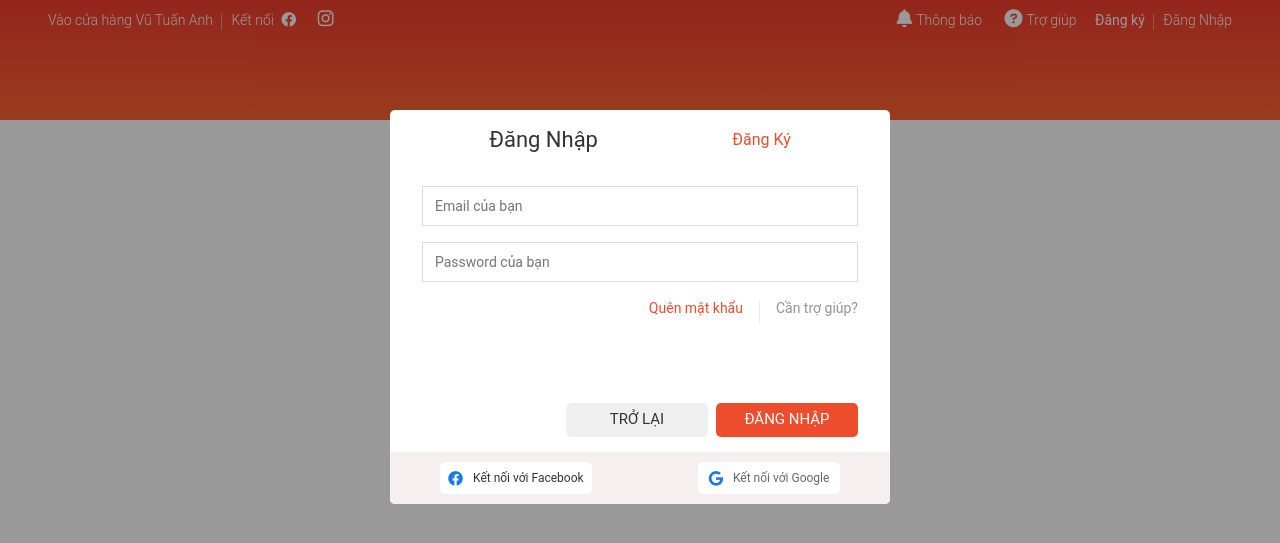
Repository: VuTuanAnh0949/Shopee
Page: index.html
The author's editor kept a copy of each file at every save. The page is drawn from the files as they stood at one save, then again after the next save.
The browser window is 1280 px wide. The pictures show the whole page.

Above is the page before, as saved 2022-02-16 16:22:28.

### index.html
<!DOCTYPE html>
<html lang="en">

<head>
    <meta charset="UTF-8" />
    <meta http-equiv="X-UA-Compatible" content="IE=edge" />
    <meta name="viewport" content="width=device-width, initial-scale=1.0" />
    <title>Shopee</title>
    <link rel="stylesheet" href="https://cdnjs.cloudflare.com/ajax/libs/normalize/8.0.1/normalize.min.css" />
    <link rel="stylesheet" href="./assets/css/base.css" />
    <link rel="stylesheet" href="./assets/css/main.css" />
    <link rel="stylesheet" href="./assets/fonts/fontawesome-free-6.0.0-web/css/all.min.css">
    <link rel="stylesheet" href="https://fonts.googleapis.com/css?family-Roboto:300, 400, 500,78
0&display=swap&subset=vietnamese" rel="stylesheet" />

</head>

<body>
    <!-- Block Element Modifier -->
    <div class="app">
        <header class="header">
            <div class="grid">
                <nav class="header__navbar">
                    <ul class="header__navbar-list">
                        <li class="header__navbar-item header__navbar-item--has-qr header__navbar-item--separate">Vào cửa hàng Vũ Tuấn Anh
                            <div class="header__qr">
                                <img src="./assets/img/QR_code.png" alt="QR Code" class="header__qr-img">
                                <div class="header__qr-apps">
                                    <a href="" class="header__qr-link"><img src="./assets/img/Google_Play.png" alt="Google Play" class="header__qr-dowload-img">
                                    </a>
                                    <img src="./assets/img/App_store.png" alt="App Store" class="header__qr-dowload-img">
                                </div>
                            </div>
                        </li>
                        <li class="header__navbar-item">
                            <span class="header__navbar-title--no-pointer">Kết nối</span>
                            <a href="" class="header__navbar-icon-link"><i class="header__navbar-icon fa-brands fa-facebook"></i></a>
                            <a href="" class="header__navbar-icon-link"><i class="header__navbar-icon fa-brands fa-instagram"></i></a>
                        </li>
                    </ul>

                    <ul class="header__navbar-list">
                        <li class="header__navbar-item header__navbar-item--has-notification">
                            <a href="" class="header__navbar-item-link"><i class="header__navbar-icon fa-solid fa-bell"></i>Thông báo</a>
                            <div class="header__notification">
                                <header class="header__notification-header">
                                    <h3>Thông báo mới nhận</h3>
                                </header>
                                <ul class="header__notification-list">
                                    <li class="header__notification-item header__notification-viewed">
                                        <a href="" class="header__notification-link">
                                            <img src="https://cf.shopee.vn/file/a2344384834f0903b232953bf8e1d283_tn" alt="" class="header__notification-img">
                                            <div class="header__notification-info">
                                                <span class="header__notification-name">Bàn Phím cơ chính hãng K400-Đen</span>
                                                <span class="header__notification-descriotion">Bàn phím cơ máy tính gaming K550 Pro full Led 7 chế độ hiệu ứng là mẫu bàn phím phù hợp cho văn phòng và game thủ</span>
                                            </div>
                                        </a>
                                    </li>
                                    <li class="header__notification-item">
                                        <a href="" class="header__notification-link">
                                            <img src="https://cf.shopee.vn/file/fbd0d6cd59ae0c260cbdd8d2bdccbe06_tn" alt="" class="header__notification-img">
                                            <div class="header__notification-info">
                                                <span class="header__notification-name">Bàn phím cơ chính hãng K400-Trắng xanh 1</span>
                                                <span class="header__notification-descriotion">Bàn phím cơ máy tính gaming K550 Pro full Led 7 chế độ hiệu ứng là mẫu bàn phím phù hợp cho văn phòng và game thủ</span>
                                            </div>
                                        </a>
                                    </li>
                                    <li class="header__notification-item ">
                                        <a href="" class="header__notification-link">
                                            <img src="https://cf.shopee.vn/file/26989c24e549299dcfb324055082c553" alt="" class="header__notification-img">
                                            <div class="header__notification-info">
                                                <span class="header__notification-name">Bàn phím cơ chính hãng K400-Trắng xanh 2</span>
                                                <span class="header__notification-descriotion">>Bàn phím cơ máy tính gaming K550 Pro full Led 7 chế độ hiệu ứng là mẫu bàn phím phù hợp cho văn phòng và game thủ</span>
                                            </div>
                                        </a>
                                    </li>
                                </ul>
                                <div class="footer header__notification-footer">
                                    <a href="" class="header__notification-footer-btn">Xem tất cả</a>


                                </div>
                            </div>
                        </li>
                        <li class="header__navbar-item">
                            <a href="" class="header__navbar-item-link"><i class="header__navbar-icon fa-solid fa-circle-question"></i>Trợ giúp</a>
                        </li>
                        <li class="header__navbar-item header__navbar-item--strong header__navbar-item--separate">Đăng ký</li>
                        <li class="header__navbar-item header__navbar-ite--strong"> Đăng Nhập</li>
                    </ul>
                </nav>
            </div>
        </header>
        <div class="container">

        </div>
        <footer class="footer">

        </footer>
    </div>
    <!-- Modal layout -->
    <div class="modal">
        <div class="modal__overlay"></div>

        <div class="modal__body">

            <!-- Register form -->
          <!--   <div class="auth-form">
                <div class="auth-form__container">
                    <div class="auth-form__container"></div>
                    <div class="auth-form__header">
                        <h3 class="auth-form__heading">Đăng ký</h3>
                        <span class="auth-form__switch-btn">Đăng nhập</span>
                    </div>
                    <div class="auth-form__form">
                        <div class="auth-form__group">
                            <input type="text" class="auth-form__input" placeholder="Email của bạn">
                        </div>
                        <div class="auth-form__group">
                            <input type="password" class="auth-form__input" placeholder="Password của bạn">
                        </div>
                        <div class="auth-form__group">
                            <input type="password" class="auth-form__input" placeholder="Nhập lại mật khẩu ">
                        </div>
                    </div>
                    <div class="auth-form__aside">
                        <p class="auth-form__policy-text">
                            Bằng việc đăng kí, bạn đã đồng ý với VTA-Shop về
                            <a href="" class="auth-form__text-link">Điều khoản dịch vụ</a> &
                            <a href="" class="auth-form__text-link">Chính sách bảo mật</a>
                        </p>
                    </div>
                    <div class="auth-form__controls">
                        <button class="btn btn--normal auth-form__controls-back ">TRỞ LẠI</button>
                        <button class="btn btn--primary">ĐĂNG KÝ</button>
                    </div>
                </div>
                <div class="auth-form__socials--facebook">
                    <a href="" class="btn btn--size-s btn--with-icon">
                        <i class="auth-form__socials-icon fa-brands fa-facebook"></i>
                        <span class="auth-form__socials-title">
                            Kết nối với Facebook
                        </span>
                    </a>

                    <a href="" class="auth-form__socials--google btn btn--size-s btn--with-icon">
                        <i class="auth-form__socials-icon fa-brands fa-google"></i>
                        <span class="auth-form__socials-title">
                            Kết nối với Google
                        </span>
                    </a>
                </div>
            </div> -->
<!-- Login form -->
<div class="auth-form">
    <div class="auth-form__container">
        <div class="auth-form__container"></div>
        <div class="auth-form__header">
            <h3 class="auth-form__heading">Đăng Nhập</h3>
            <span class="auth-form__switch-btn">Đăng Ký</span>
        </div>
        <div class="auth-form__form">
            <div class="auth-form__group">
                <input type="text" class="auth-form__input" placeholder="Email của bạn">
            </div>
            <div class="auth-form__group">
                <input type="password" class="auth-form__input" placeholder="Password của bạn">
            </div>

        </div>
        <div class="auth-form__aside">
           <div class="auth-form__help">
               <a href="" class="auth-form__help-link auth-form__help-forgot">Quên mật khẩu</a>
               <span class="auth-form__help-separate">

               </span>
               <a href="" class="auth-form__help-link">Cần trợ giúp? </a>
           </div>
        </div>
        <div class="auth-form__controls">
            <button class="btn btn--normal auth-form__controls-back ">TRỞ LẠI</button>
            <button class="btn btn--primary">ĐĂNG NHẬP</button>
        </div>
    </div>
    <div class="auth-form__socials--facebook">
        <a href="" class="btn btn--size-s btn--with-icon">
            <i class="auth-form__socials-icon fa-brands fa-facebook"></i>
            <span class="auth-form__socials-title">
                Kết nối với Facebook
            </span>
        </a>

        <a href="" class="auth-form__socials--google btn btn--size-s btn--with-icon">
            <i class="auth-form__socials-icon fa-brands fa-google"></i>
            <span class="auth-form__socials-title">
                Kết nối với Google
            </span>
        </a>
    </div>
</div>
        </div>
    </div>
</body>

</html>

### assets/css/base.css
:root {
  --primary-color:#EE4D2D;
  --white-color: #fff;
  --black-color: #000;
  --text-color: #333;
  --border-color:#dbdbdb;
}
* {
  box-sizing: inherit;
}
html {
  font-size: 62.5%;
  line-height: 1.6rem;
  font-family: "Roboto", sans-serif;
  box-sizing: border-box;
}
.grid {
  width: 1200px;
  max-width: 100%;
  margin: 0 auto;
}
.grid__full-width {
  width: 100%;
}
.grid__row {
  display: flex;
  flex-wrap: wrap;
}
/* Animation */
@keyframes fadeIn{
  from{
    opacity: 0;
  }to{
    opacity: 1;
  }
}
/* Modal */
.modal{
  position: fixed;
  top: 0;
  right: 0;
  bottom: 0;
  left: 0;
  display: flex;
}
.modal__overlay{
  position: absolute;
  width: 100%;
  height: 100%;
  background-color: rgba(0,0,0,0.4);
}
.modal__body{
  width: 500px;
  height: 500px;
  margin: auto;
  position: relative;
  z-index: 1;  /* để cho modal nổi lên */
}
/* Button style */
.btn{
  min-width: 142px;
  height: 34px;
  text-decoration: none;
  border:none ;
  border-radius: 5px;
  font-size: 1.5rem;
  padding:0 12px;
  outline: none;
  cursor: pointer;
  color: var(--text-color);
  align-items: center;
 justify-content: center;
}
.btn.btn--normal:hover{
  background-color: rgba(0,0,0,0.05);
}
.btn.btn--size-s{
  height: 32px;
  font-size: 12px;
  padding:0 8px;
}
/* .. dùng để css 1 element có 2 class */
.btn.btn--primary{
  color: var(--white-color);
  background-color: var(--primary-color);
  }
.btn.btn-disabled{
  color: #949494;
  cursor: default;
  background-color: #c3c3c3;
}

### assets/css/main.css
.header{
height: 120px;
background-image:linear-gradient(0, #fe6433, #f53e2d) ;
}
.header__navbar{
  display: flex;
  justify-content: space-between;
}
.header__navbar-list{
list-style: none;
padding-left: 0;
margin-top: 9px;
}
.header__navbar-item{
  margin: 0 8px;
  position: relative;
  min-height: 26px;
}
.header__navbar-item--has-qr:hover .header__qr{
  display: block;
}
.header__navbar-item--has-notification:hover .header__notification{
  display: block;
}
.header__navbar-item,
.header__navbar-item-link{
  display:inline-block;
  font-size: 1.4rem;
  color:var(--white-color);
  text-decoration: none;
  font-weight: 300;
}
.header__navbar-item,
.header__navbar-item-link,
.header__navbar-icon-link{
/*   display: flex; */
  align-items: center;
}
.header__qr::before{
  position: absolute;
  left: 0;
  top: -16px;
  width: 100%;
  height: 20px;
  content: "";
  display: block;

}
.header__navbar-item:hover,
.header__navbar-icon-link:hover,
.header__navbar-item-link:hover{
  cursor: pointer;
  color: rgba(255,255,255,0.7);
}
.header__navbar-item--strong{
  font-weight: 400;
}
.header__navbar-item--separate::after{
  content: "";
  display: block;
  position: absolute;
border-left: 1px solid #FB9086;
height: 16px;
right: -9px;
top: 37%;
transform: translateY(-50%);
}
.header__navbar-icon-link{
  color: var(--white-color);
  text-decoration: none;
}
.header__navbar-icon{
  font-size: 1.8rem;
  margin: 0 4px;
}
.header__navbar-title--no-pointer{
  cursor: text;
  color: var(--white-color);
  text-decoration: none;
}
/* Header QR code */
.header__qr{
  width: 180px;
background-color: var(--white-color);
position: absolute;
left: 0;
top: 100%;
padding: 8px;
border-radius: 5px;
display: none;
animation: fadeIn ease-in 0.3s;
}
.header__qr-img{
width: 100%;
}
.header__qr-apps{
display: flex;
justify-content: space-between;
}
.header__qr-link:nth-child(1){
  margin-left: 11px;
}
.header__qr-link:nth-child(2){
  margin-right: 15px;
}
.header__qr-dowload-img{
  height: 16px;
}
/* header__notification */
.header__notification{
position: absolute ;
top: 27px;
right: 0;
width: 404px;
background-color: var(--white-color);
border-radius: 5px;
border: 1px solid #D3D3D3;
cursor: default;
transform-origin:90% top;
animation:  headerNotificationGrowth ease-in 0.2s;
will-change: opacity, transform;
display: none;
}
.header__notification::before{
content: "";
border-width:20px 30px ;
border-style: solid;
/* Tạo một lớp giá */
border-color:transparent transparent var(--white-color) transparent;
position: absolute;
right: 6px;
top: -30px;
}
/* Giúp di chuột vào quả chuông cạnh nút thông báo không bị mất list thông báo */
.header__notification::after{
  content: "";
  display: block;
  position: absolute;
  height: 20px;
  width: 90px;
  top: -16px;
  right: 0;
 }
@keyframes headerNotificationGrowth{
  from{
    opacity: 0;
    transform: scale(0);
  }to{
    opacity: 1;
    transform: scale(1);
  }
}
.header__notification-header{
  height: 40px;
  background-color: var(--white-color);
  border-radius: 5px;
}
.header__notification-header h3{
  color: #999;
  margin: 0 0 0 12px;
  width: 400;
  font-size: 1.4rem;
  line-height: 40px;
  user-select: none;  /* không cho coppy */
}
.header__notification-list{
padding-left: 0;
}
.header__notification-item{
display: flex;

}
.header__notification-item:hover{
  background-color: #f7f7f7
}
.header__notification-viewed{
  background-color: rgba(238,75,43,0.08);

}
.header__notification-link{
  display: flex;
  width: 100%;
  padding: 12px;
  text-decoration: none;
}
.header__notification-img{
width: 48px;
object-fit: contain;
}
.header__notification-info{
margin-left: 12px;
}
.header__notification-name{
display: block;
font-size: 1.4rem;
color: var(--text-color);
font-weight: 400px;
line-height: 1.8rem;
}
.header__notification-descriotion{
display: block;
font-size: 1.2rem;
line-height: 1.6rem;
color: #765F6E;
margin-top: 4px;
}
.header__notification-footer{
 display: flex;
}
.header__notification-footer-btn{
  text-decoration: none;
  color:var(--text-color);
  width: 100%;
  padding: 8px 0;
  margin: auto;
  font-size: 1.4rem;
  font-weight: 400;
  text-align: center;
}
/* Authen modal */
.auth-form{
  width: 500px;
    background-color: var(--white-color);
  border-radius: 5px;
  overflow: hidden;
}
.auth-form__container{
  padding: 0 32px;
}
.auth-form__header{
  display: flex;
  align-items: center;
  justify-content: space-around;
}
.auth-form__heading{
  font-size: 2.2rem;
  font-weight:400;
  color: var(--text-color);
}
.auth-form__switch-btn{
  font-size: 1.6rem;
  font-weight:400;
  color: var(--primary-color);
  cursor: pointer;
}
.auth-form__form{
}
.auth-form__input{
  width: 100%;
  height: 40px;
  margin-top: 16px;
  padding: 0 12px;
  font-size: 1.4rem;
  border: 1px solid var(--border-color);
  outline: none;
}
/*Dí chuột vào ô input => ô input nháy chuột  */
.auth-form__input:focus{
border-color: #777;
}
.auth-form__aside{
  margin-top: 18px;
}
.auth-form__policy-text{
  font-size: 1.2rem;
  line-height: 1.8rem;
  text-align: center;
  padding: 0 3px;
}
.auth-form__text-link{
  color: var(--primary-color);
  text-decoration: none;
}
.auth-form__controls{
  margin-top: 80px;
  display: flex;
  justify-content: flex-end;
}
.auth-form__controls-back{
  margin-right: 8px;
}
.auth-form__socials{
 background-color: #F5F5F5;
 padding: 16px 36px;
 display: flex;
 justify-content: space-between;
 margin-top: 20px;
}
.auth-form__socials--facebook{
  color: var(--white-color);
  background-color:#f5efef  ;
  display: flex;
  justify-content: space-between;
  margin-top: 15px;

}
/* .auth-form__socials--facebook, */
.auth-form__socials-icon{
color: #1877f2;
}
.auth-form__socials-title{
  margin-top: 0 36px;

}
.auth-form__socials--google{
  color: #666;
  background-color: var(--white-color);
}
.btn--with-icon{
  display: flex;
}
.btn.btn--size-s {
  background-color: white;
margin:10px 50px;
}
.auth-form__help{
  display: flex;
justify-content: flex-end;
}
.auth-form__help-link{
  text-decoration: none;
  font-size: 1.4rem;
  color: #939393;
}
.auth-form__help-separate{
  display: flex;
  height: 22px;
  margin: 1px 16px 0;
  border-left: 1px solid #EAEAEA;
}
.auth-form__help-forgot{
  color: var(--primary-color);
}
.fa-google:before,
.fa-facebook:before{
  margin-right: 10px;
    font-size: 15px;

}

Loaded but not shown: assets/fonts/fontawesome-free-6.0.0-web/css/all.min.css (library)

After the next save:
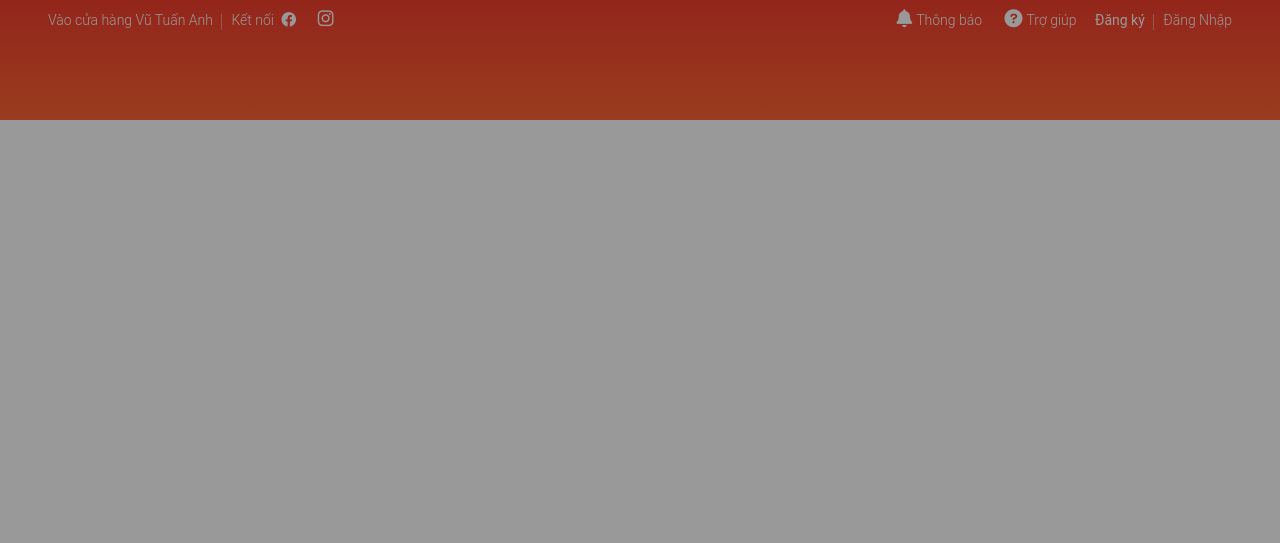
Saved 3 min 6 s later.
--- a/index.html
+++ b/index.html
@@ -152,7 +152,7 @@
                 </div>
             </div> -->
 <!-- Login form -->
-<div class="auth-form">
+<!-- <div class="auth-form">
     <div class="auth-form__container">
         <div class="auth-form__container"></div>
         <div class="auth-form__header">
@@ -199,7 +199,7 @@
     </div>
 </div>
         </div>
-    </div>
+    </div> -->
 </body>
 
 </html>
